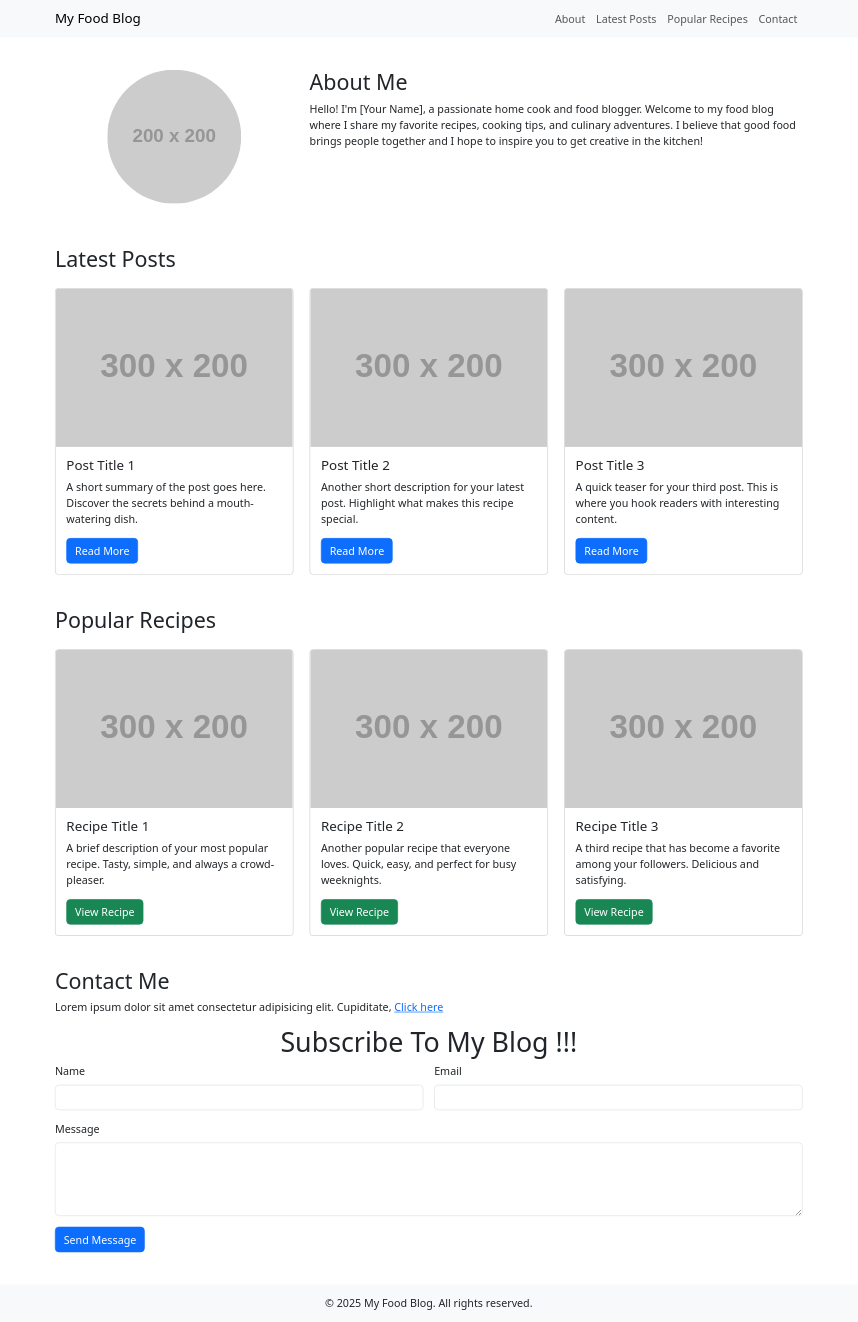
Repository: arunyerram/Web-TEChnologies
Page: 15.03.2025.html
The author's editor kept a copy of each file at every save. The page is drawn from the files as they stood at one save, then again after a run of saves.
The browser window is 1280 px wide. The pictures show the whole page, at 67% of full size.

Above is the page before, as saved 2025-03-19 11:23:50.

### 15.03.2025.html
<!DOCTYPE html>
<html lang="en">
<head>
  <meta charset="UTF-8" />
  <meta name="viewport" content="width=device-width, initial-scale=1" />
  <title>My Food Blog</title>
  <!-- Bootstrap 5 CSS -->
  <link
    href="https://cdn.jsdelivr.net/npm/bootstrap@5.3.0/dist/css/bootstrap.min.css"
    rel="stylesheet"
  />
</head>
<body>

  <!-- ======= Header / Navbar ======= -->
  <header>
    <nav class="navbar navbar-expand-lg navbar-light bg-light">
      <div class="container">
        <a class="navbar-brand" href="#">My Food Blog</a>
        <button
          class="navbar-toggler"
          type="button"
          data-bs-toggle="collapse"
          data-bs-target="#navbarSupportedContent"
          aria-controls="navbarSupportedContent"
          aria-expanded="false"
          aria-label="Toggle navigation"
        >
          <span class="navbar-toggler-icon"></span>
        </button>

        <div class="collapse navbar-collapse" id="navbarSupportedContent">
          <ul class="navbar-nav ms-auto mb-2 mb-lg-0">
            <li class="nav-item">
              <a class="nav-link" href="#about">About</a>
            </li>
            <li class="nav-item">
              <a class="nav-link" href="#latest-posts">Latest Posts</a>
            </li>
            <li class="nav-item">
              <a class="nav-link" href="#popular-recipes">Popular Recipes</a>
            </li>
            <li class="nav-item">
              <a class="nav-link" href="#contact">Contact</a>
            </li>
          </ul>
        </div>
      </div>
    </nav>
  </header>

  <!-- ======= Main Content ======= -->
  <main class="container my-5">

    <!-- About Section -->
    <section id="about" class="mb-5">
      <div class="row">
        <div class="col-md-4 text-center">
          <!-- Replace with your own image -->
          <img
            src="https://via.placeholder.com/200"
            alt="Author"
            class="img-fluid rounded-circle mb-3"
          />
        </div>
        <div class="col-md-8">
          <h2>About Me</h2>
          <p>
            Hello! I'm [Your Name], a passionate home cook and food blogger.
            Welcome to my food blog where I share my favorite recipes,
            cooking tips, and culinary adventures. I believe that good food
            brings people together and I hope to inspire you to get creative
            in the kitchen!
          </p>
        </div>
      </div>
    </section>

    <!-- Latest Blog Posts -->
    <section id="latest-posts" class="mb-5">
      <h2 class="mb-4">Latest Posts</h2>
      <div class="row row-cols-1 row-cols-md-3 g-4">
        <!-- Card 1 -->
        <div class="col">
          <div class="card">
            <img
              src="https://via.placeholder.com/300x200"
              class="card-img-top"
              alt="Post Image 1"
            />
            <div class="card-body">
              <h5 class="card-title">Post Title 1</h5>
              <p class="card-text">
                A short summary of the post goes here. Discover the secrets
                behind a mouth-watering dish.
              </p>
              <a href="#" class="btn btn-primary">Read More</a>
            </div>
          </div>
        </div>
        <!-- Card 2 -->
        <div class="col">
          <div class="card">
            <img
              src="https://via.placeholder.com/300x200"
              class="card-img-top"
              alt="Post Image 2"
            />
            <div class="card-body">
              <h5 class="card-title">Post Title 2</h5>
              <p class="card-text">
                Another short description for your latest post. Highlight
                what makes this recipe special.
              </p>
              <a href="#" class="btn btn-primary">Read More</a>
            </div>
          </div>
        </div>
        <!-- Card 3 -->
        <div class="col">
          <div class="card">
            <img
              src="https://via.placeholder.com/300x200"
              class="card-img-top"
              alt="Post Image 3"
            />
            <div class="card-body">
              <h5 class="card-title">Post Title 3</h5>
              <p class="card-text">
                A quick teaser for your third post. This is where you hook
                readers with interesting content.
              </p>
              <a href="#" class="btn btn-primary">Read More</a>
            </div>
          </div>
        </div>
      </div>
    </section>

    <!-- Popular Recipes -->
    <section id="popular-recipes" class="mb-5">
      <h2 class="mb-4">Popular Recipes</h2>
      <div class="row row-cols-1 row-cols-md-3 g-4">
        <!-- Recipe Card 1 -->
        <div class="col">
          <div class="card">
            <img
              src="https://via.placeholder.com/300x200"
              class="card-img-top"
              alt="Recipe Image 1"
            />
            <div class="card-body">
              <h5 class="card-title">Recipe Title 1</h5>
              <p class="card-text">
                A brief description of your most popular recipe. Tasty,
                simple, and always a crowd-pleaser.
              </p>
              <a href="#" class="btn btn-success">View Recipe</a>
            </div>
          </div>
        </div>
        <!-- Recipe Card 2 -->
        <div class="col">
          <div class="card">
            <img
              src="https://via.placeholder.com/300x200"
              class="card-img-top"
              alt="Recipe Image 2"
            />
            <div class="card-body">
              <h5 class="card-title">Recipe Title 2</h5>
              <p class="card-text">
                Another popular recipe that everyone loves. Quick, easy, and
                perfect for busy weeknights.
              </p>
              <a href="#" class="btn btn-success">View Recipe</a>
            </div>
          </div>
        </div>
        <!-- Recipe Card 3 -->
        <div class="col">
          <div class="card">
            <img
              src="https://via.placeholder.com/300x200"
              class="card-img-top"
              alt="Recipe Image 3"
            />
            <div class="card-body">
              <h5 class="card-title">Recipe Title 3</h5>
              <p class="card-text">
                A third recipe that has become a favorite among your
                followers. Delicious and satisfying.
              </p>
              <a href="#" class="btn btn-success">View Recipe</a>
            </div>
          </div>
        </div>
      </div>
    </section>

    <!-- Contact Section -->
    <section id="contact">
      <h2 >Contact Me</h2>
      <p>Lorem ipsum dolor sit amet consectetur adipisicing elit. Cupiditate, <a href="#">Click here</a></p>
    </section>


    <section>
      <h1 style="text-align : center"> Subscribe To My Blog !!!</h1>
      <form class="row g-3 needs-validation" novalidate>
        <div class="col-md-6">
          <label for="name" class="form-label">Name</label>
          <input
            type="text"
            class="form-control"
            id="name"
            required
          />
          <div class="invalid-feedback">
            Please provide your name.
          </div>
        </div>
        <div class="col-md-6">
          <label for="email" class="form-label">Email</label>
          <input
            type="email"
            class="form-control"
            id="email"
            required
          />
          <div class="invalid-feedback">
            Please provide a valid email address.
          </div>
        </div>
        <div class="col-12">
          <label for="message" class="form-label">Message</label>
          <textarea
            class="form-control"
            id="message"
            rows="4"
            required
          ></textarea>
          <div class="invalid-feedback">
            Please enter your message.
          </div>
        </div>
        <div class="col-12">
          <button class="btn btn-primary" type="submit">Send Message</button>
        </div>
      </form>
    </section>

  </main>

  <!-- ======= Footer ======= -->
  <footer class="bg-light text-center py-3">
    <p class="mb-0">&copy; 2025 My Food Blog. All rights reserved.</p>
  </footer>

  <!-- Bootstrap 5 JS (Popper + Bootstrap) -->
  <script
    src="https://cdn.jsdelivr.net/npm/bootstrap@5.3.0/dist/js/bootstrap.bundle.min.js"
  ></script>

  <!-- Form Validation Script -->
  <script>
    (function () {
      'use strict';
      const forms = document.querySelectorAll('.needs-validation');
      Array.prototype.slice.call(forms).forEach(function (form) {
        form.addEventListener('submit', function (event) {
          if (!form.checkValidity()) {
            event.preventDefault();
            event.stopPropagation();
          }
          form.classList.add('was-validated');
        }, false);
      });
    })();
  </script>
</body>
</html>

After the next 4 saves:
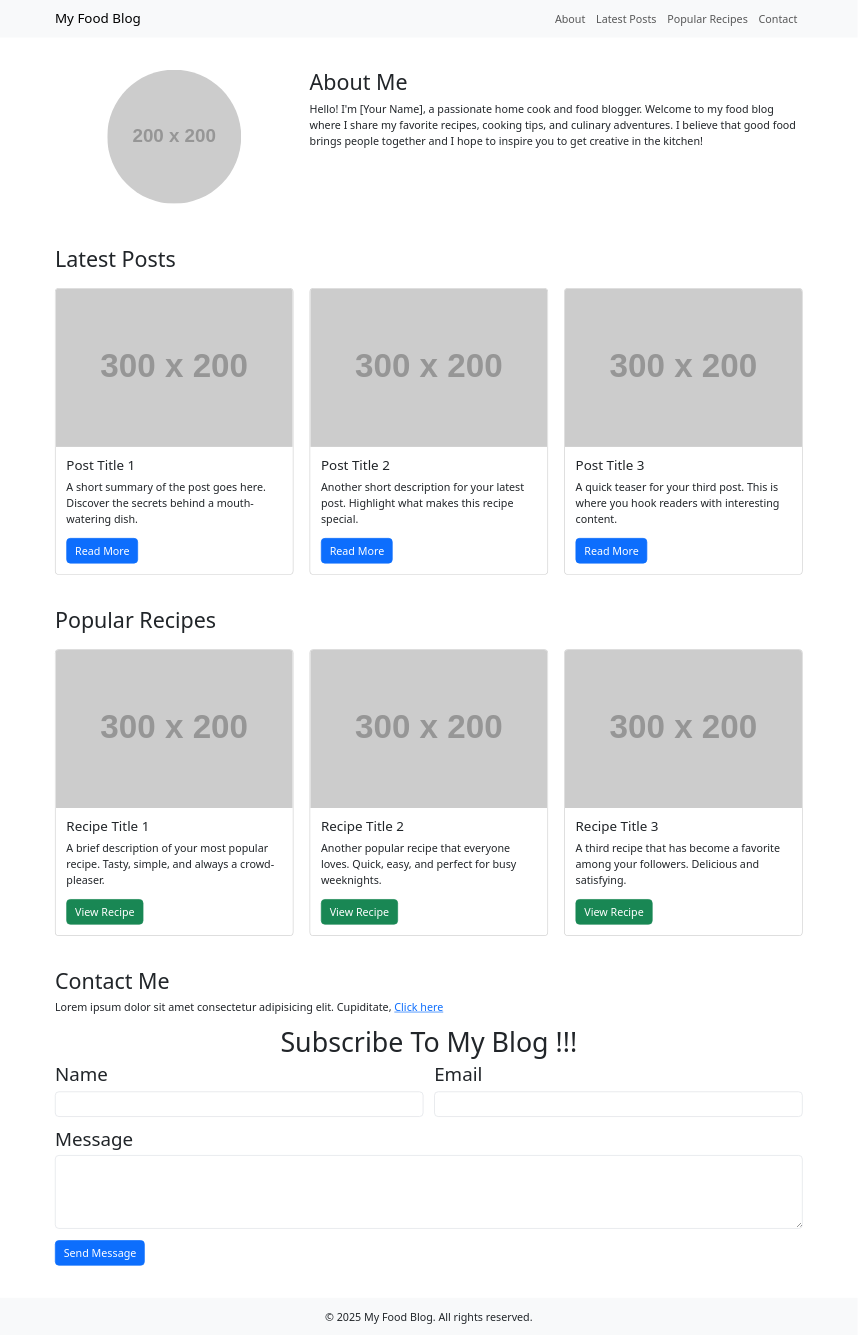
The 4 saves are shown as one change because they came seconds apart.
The last was saved 13 s later.
--- a/15.03.2025.html
+++ b/15.03.2025.html
@@ -207,6 +207,7 @@
 
     <section>
       <h1 style="text-align : center"> Subscribe To My Blog !!!</h1>
+      <h3
       <form class="row g-3 needs-validation" novalidate>
         <div class="col-md-6">
           <label for="name" class="form-label">Name</label>
